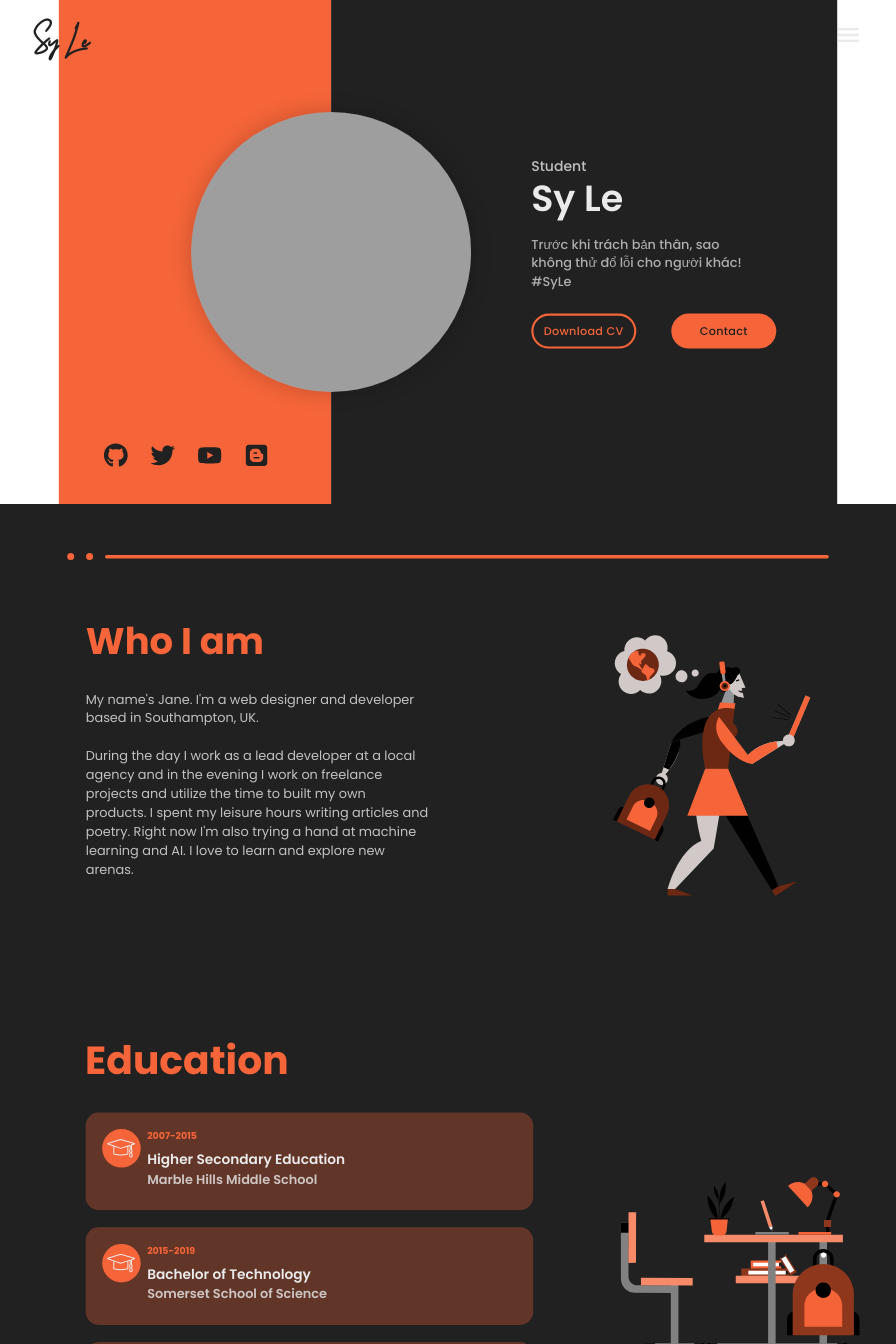
Repository: SyLe-Van/Webite_Subject
Page: / (app in Lab3/Homework/homework4/)
These files come from the project's save history. The page is drawn as it stood at one moment and after the next save; the edit follows.
The browser window is 1280 px wide. The pictures show the part of the page from y = 0 to 1920 px (the page is 7857 px tall), at 70% of full size.
Pictures or frames that could not be fetched are drawn as grey boxes. Some web fonts or font styles are not loaded; a fallback is used. The project was rebuilt for these pictures with package versions that can differ from the ones it lists, and the page was loaded fresh each time. Also part of the build but not shown: Lab3/Homework/homework4/src/pages/Blog/BlogPage.css, Lab3/Homework/homework4/src/pages/Blog/BlogPage.js, Lab3/Homework/homework4/src/pages/Project/ProjectPage.css, Lab3/Homework/homework4/src/pages/Project/ProjectPage.js. Imported but missing from the stored project, and not drawn on this page: Lab3/Homework/homework4/src/assets/pdf/resume.pdf.

Above is the page before, as saved 2023-12-01 15:57:25.

After the next save:
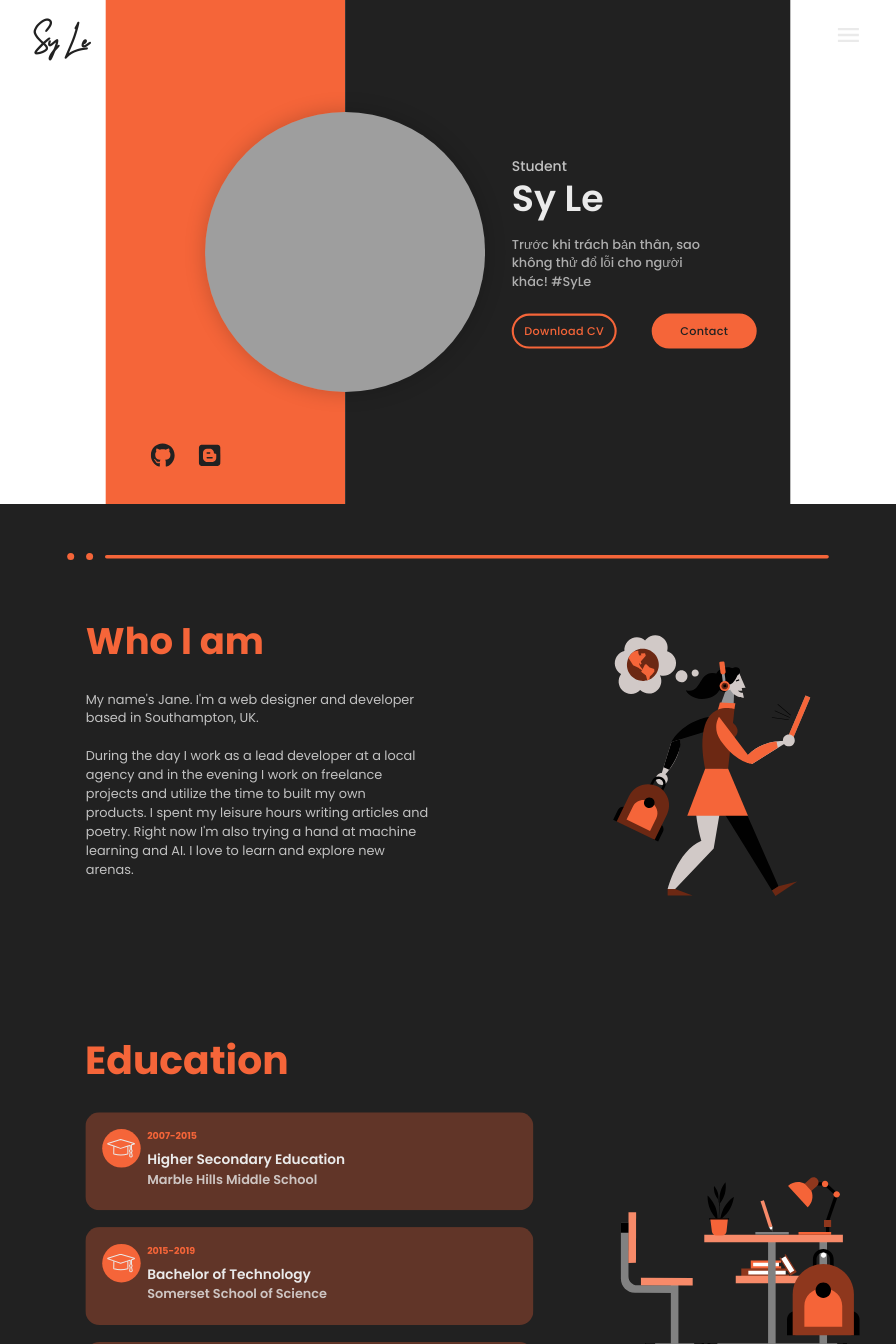
Saved 14 s later.
--- a/Lab3/Homework/homework4/src/components/Landing/Landing.js
+++ b/Lab3/Homework/homework4/src/components/Landing/Landing.js
@@ -89,32 +89,8 @@ function Landing() {
                                 />
                             </a>
                         )}
-                        {socialsData.twitter && (
-                            <a
-                                href={socialsData.twitter}
-                                target='_blank'
-                                rel='noreferrer'
-                            >
-                                <FaTwitter
-                                    className='landing--social'
-                                    style={{ color: theme.secondary }}
-                                    aria-label='Twitter'
-                                />
-                            </a>
-                        )}
-                        {socialsData.youtube && (
-                            <a
-                                href={socialsData.youtube}
-                                target='_blank'
-                                rel='noreferrer'
-                            >
-                                <FaYoutube
-                                    className='landing--social'
-                                    style={{ color: theme.secondary }}
-                                    aria-label='YouTube'
-                                />
-                            </a>
-                        )}
+
+
                         {socialsData.blogger && (
                             <a
                                 href={socialsData.blogger}
